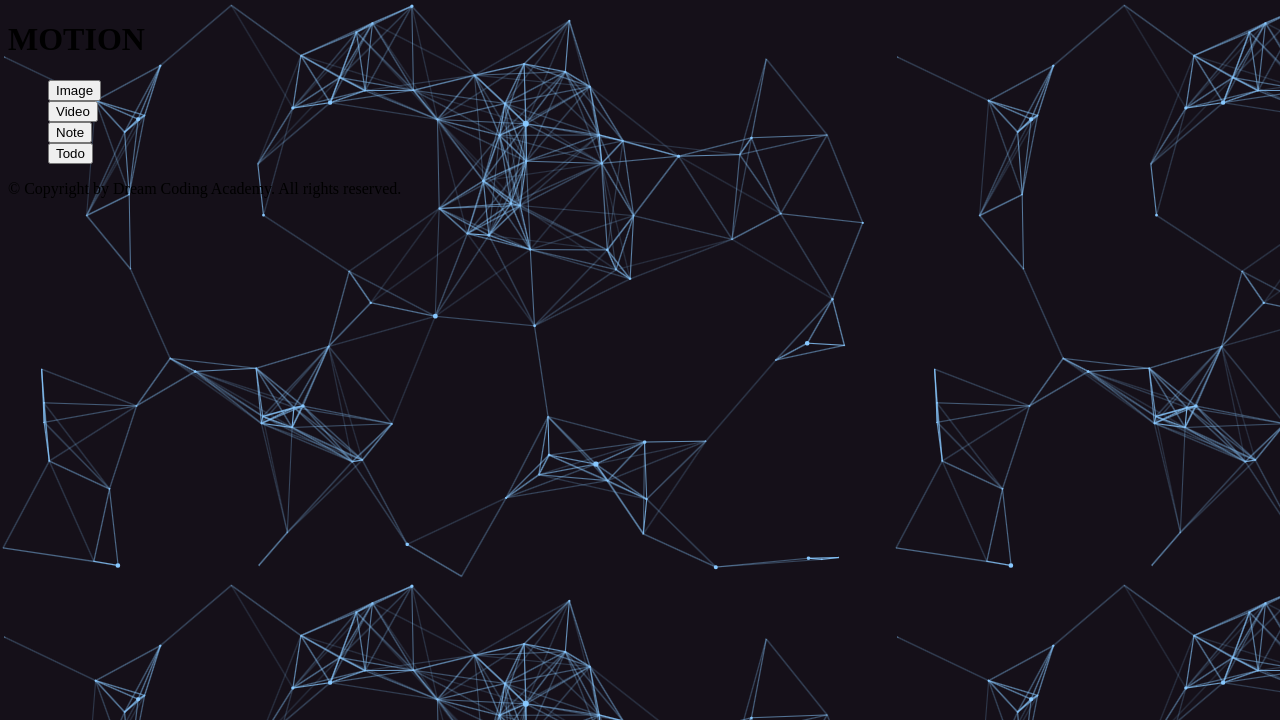
Repository: chefkuna/Motion
Page: index.html
The author's editor kept a copy of each file at every save. The page is drawn from the files as they stood at one save, then again after the next save.
The browser window is 1280 px wide. The pictures show the whole page.

Above is the page before, as saved 2022-08-21 14:33:52.

After the next save:
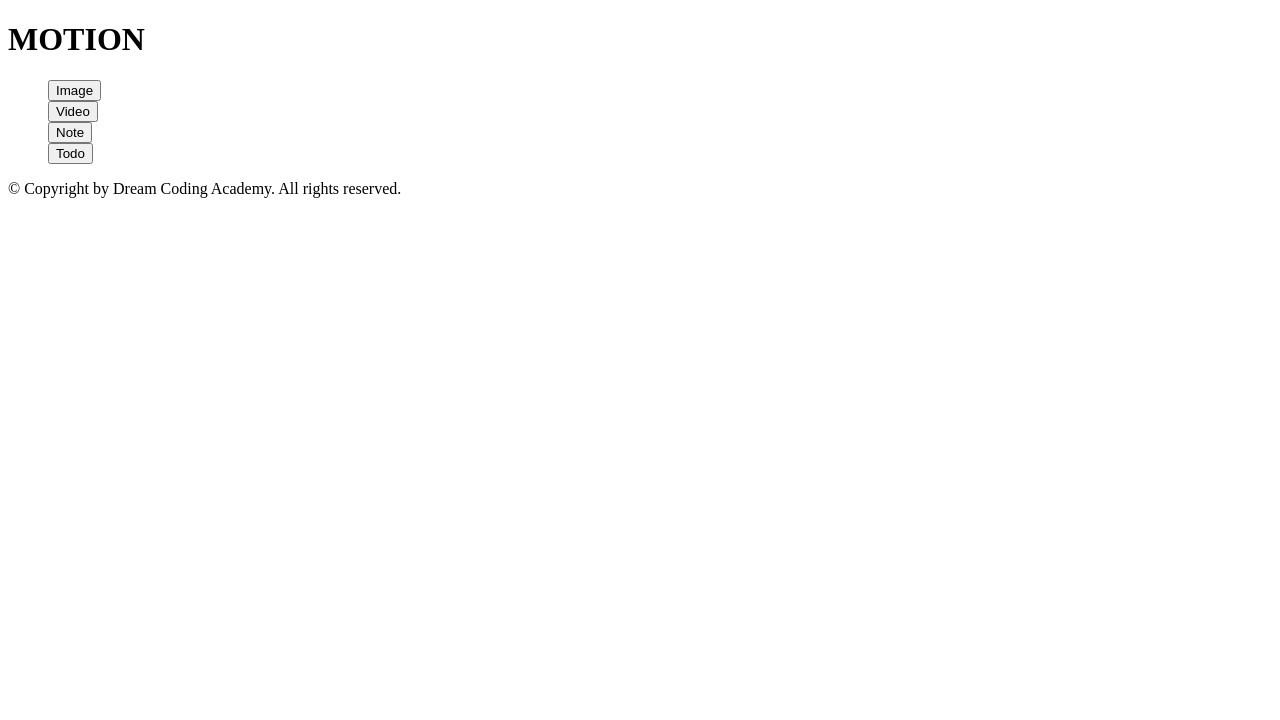
Not found: assets/background.pnfdg
Saved 17 s later.
--- a/style/style.css
+++ b/style/style.css
@@ -18,5 +18,5 @@ li {
 }
 
 body {
-  background: url('../assets/background.png')
+  background: url('../assets/background.pnfdg');
 }
